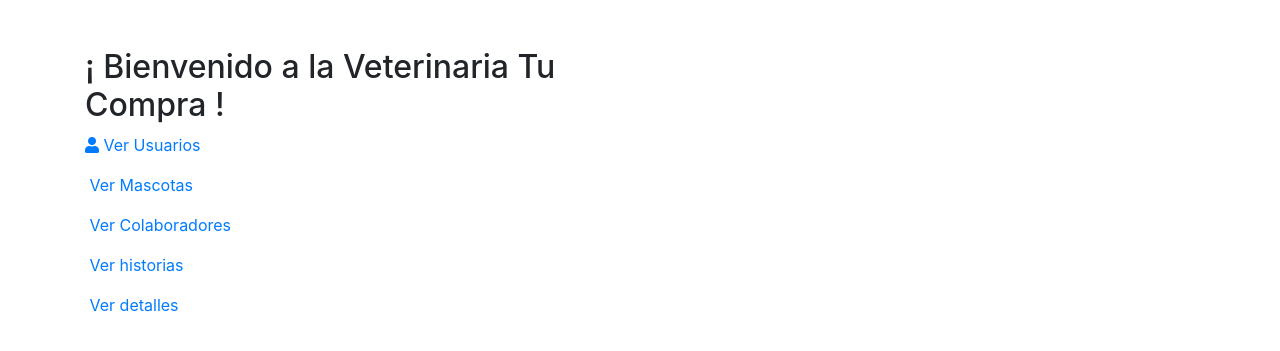
Repository: SebasBarrera/historial-clinico-veterinario
Page: historial-clinico-veterinario-backend/src/main/resources/static/index.html
The author's editor kept a copy of each file at every save. The page is drawn from the files as they stood at one save, then again after the next save.
The browser window is 1280 px wide. The pictures show the whole page.
Some icons come from a web library that is not loaded, so they are not drawn. Some web libraries are served in a nearby version.

Above is the page before, as saved 2023-02-27 06:00:48.

### historial-clinico-veterinario-backend/src/main/resources/static/index.html
<!DOCTYPE html>
<html xmlns:th="http://www.thymeleaf.org">
<head>
<meta charset="utf-8">
<meta http-equiv="x-ua-compatible" content="ie=edge">
<title>Veterinaria Tu Compra</title>
<meta name="viewport" content="width=device-width, initial-scale=1">
<link rel="stylesheet"
	href="https://stackpath.bootstrapcdn.com/bootstrap/4.1.3/css/bootstrap.min.css"
	integrity="sha384-MCw98/SFnGE8fJT3GXwEOngsV7Zt27NXFoaoApmYm81iuXoPkFOJwJ8ERdknLPMO"
	crossorigin="anonymous">
<link rel="stylesheet"
	href="https://use.fontawesome.com/releases/v5.4.1/css/all.css"
	integrity="sha384-5sAR7xN1Nv6T6+dT2mhtzEpVJvfS3NScPQTrOxhwjIuvcA67KV2R5Jz6kr4abQsz"
	crossorigin="anonymous">
</head>
<body>
	<div class="container my-5">
		<div class="row">
			<div class="col-md-6">
				<h2>¡ Bienvenido a la Veterinaria Tu Compra !</h2>

				<p><a href="/usuario/"><i class="fas fa-user"></i> Ver Usuarios</a></p>
				<p><a href="/mascota/"><i class="fas fa-paw-simple"></i> Ver Mascotas</a></p>
				<p><a href="/colaborador/"><i class="fas fa-user-doctor"></i> Ver Colaboradores</a></p>
				<p><a href="/historia/"><i class="fas fa-paw-simple"></i> Ver historias</a></p>
				<p><a href="/detalle/"><i class="fas fa-user-doctor "></i> Ver detalles</a></p>
				<!-- <p><a href="/specialqueries/address/"><i class="fas fa-calendar ml-2"></i> Go to Special Queries</a></p>-->
				<!--  <a href="/logout" class="btn btn-primary">Logout</a>-->
			</div>
		</div>
	</div>
</body>

After the next save:
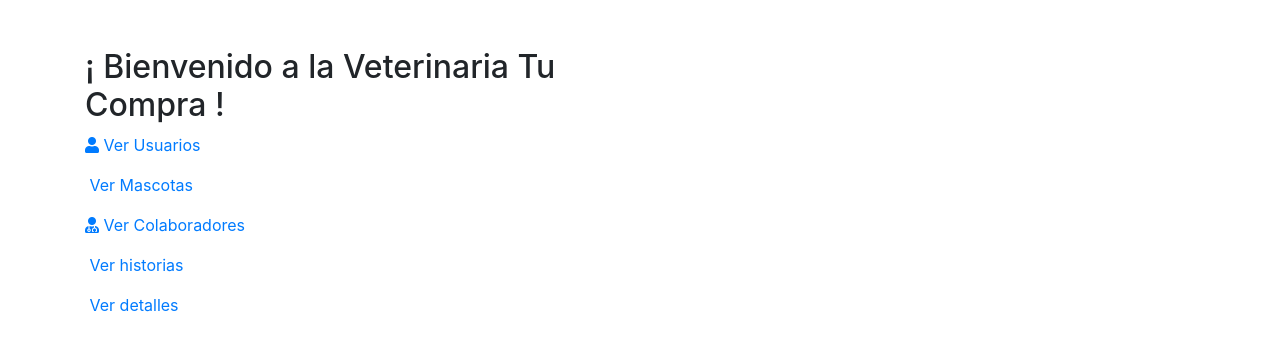
Saved 79 s later.
--- a/historial-clinico-veterinario-backend/src/main/resources/static/index.html
+++ b/historial-clinico-veterinario-backend/src/main/resources/static/index.html
@@ -22,7 +22,7 @@
 
 				<p><a href="/usuario/"><i class="fas fa-user"></i> Ver Usuarios</a></p>
 				<p><a href="/mascota/"><i class="fas fa-paw-simple"></i> Ver Mascotas</a></p>
-				<p><a href="/colaborador/"><i class="fas fa-user-doctor"></i> Ver Colaboradores</a></p>
+				<p><a href="/colaborador/"><i class="fas fa-user-md"></i> Ver Colaboradores</a></p>
 				<p><a href="/historia/"><i class="fas fa-paw-simple"></i> Ver historias</a></p>
 				<p><a href="/detalle/"><i class="fas fa-user-doctor "></i> Ver detalles</a></p>
 				<!-- <p><a href="/specialqueries/address/"><i class="fas fa-calendar ml-2"></i> Go to Special Queries</a></p>-->
